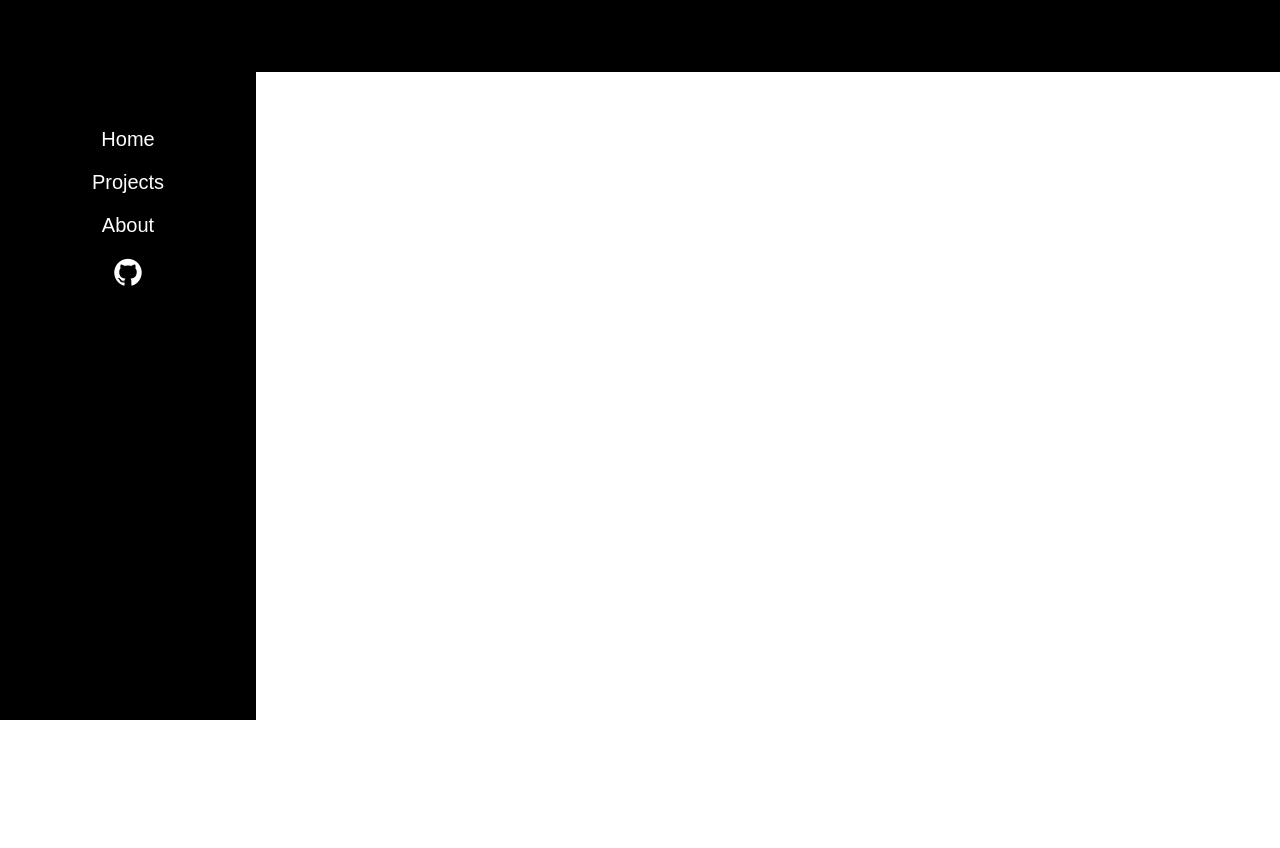
Repository: josephinel6/josephinel6.github.io
Page: index.html
The author's editor kept a copy of each file at every save. The page is drawn from the files as they stood at one save, then again after the next save.
The browser window is 1280 px wide. The pictures show the whole page.

Above is the page before, as saved 2023-04-04 10:56:18.

After the next save:
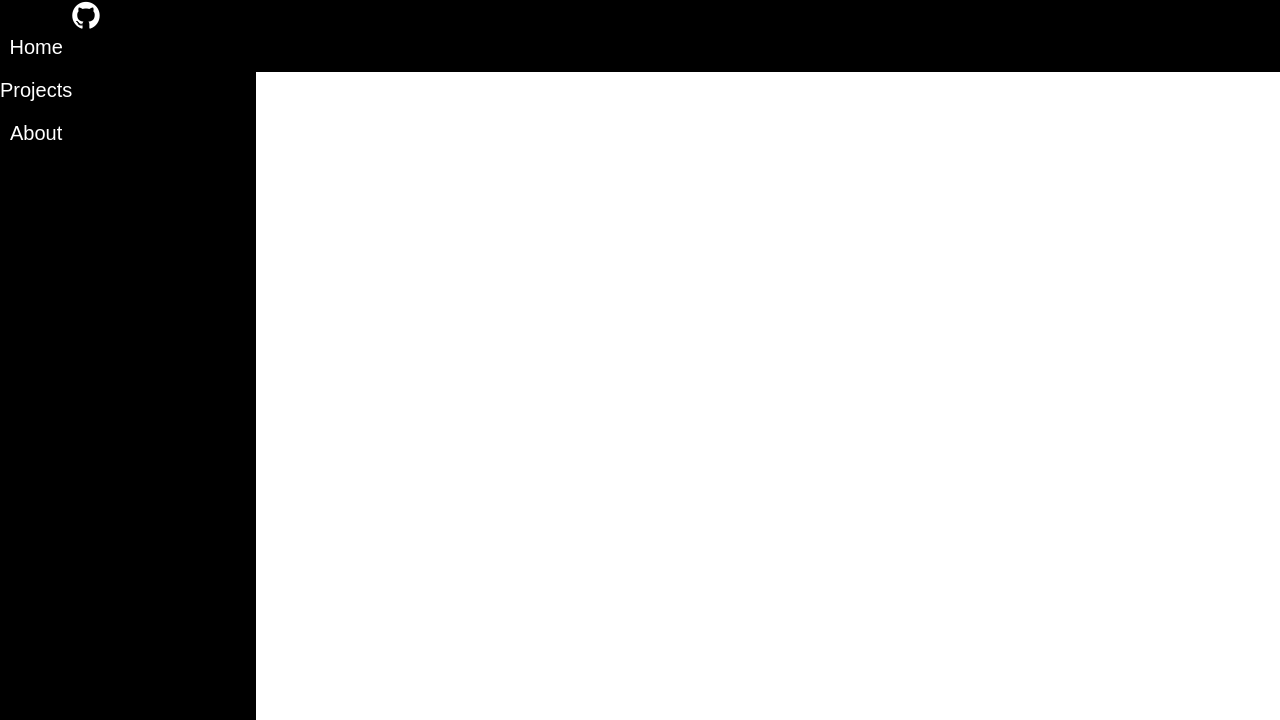
Saved 13 s later.
--- a/index.html
+++ b/index.html
@@ -62,7 +62,7 @@
 
 <body>
     <div id="menu">
-        <div style="position:relative; height: 100%; width: 100%;">
+        <div style="position:relative; display: flex">
             <div>
                 <CENTER>
                     <p class="menutext" style="margin-top: 50%"> Home </p>
